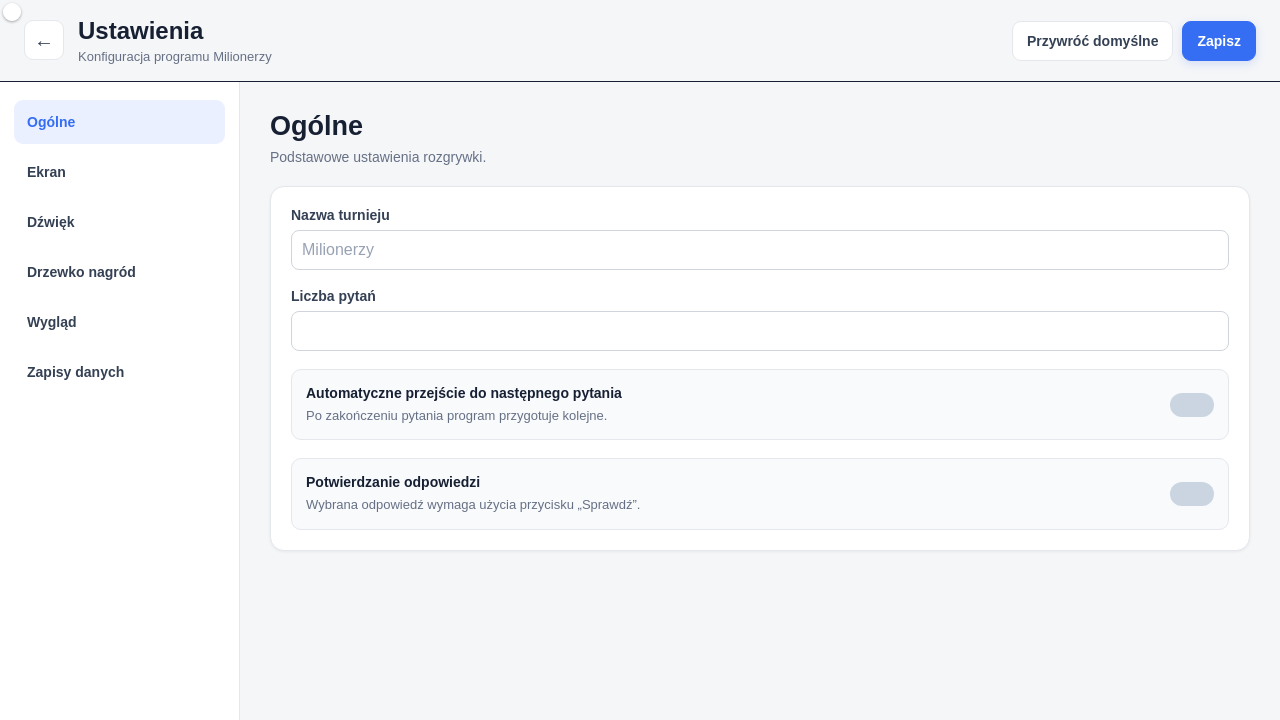
Repository: WaleonGames/HTGMilionerzy
Page: views/settings.html
These files come from the project's save history. The page is drawn as it stood at one moment and after the next save; the edit follows.
The browser window is 1280 px wide. The pictures show the whole page.

Above is the page before, as saved 2026-09-05 19:06:38.
Console error: TypeError: Cannot read properties of undefined (reading 'settings')

After the next save:
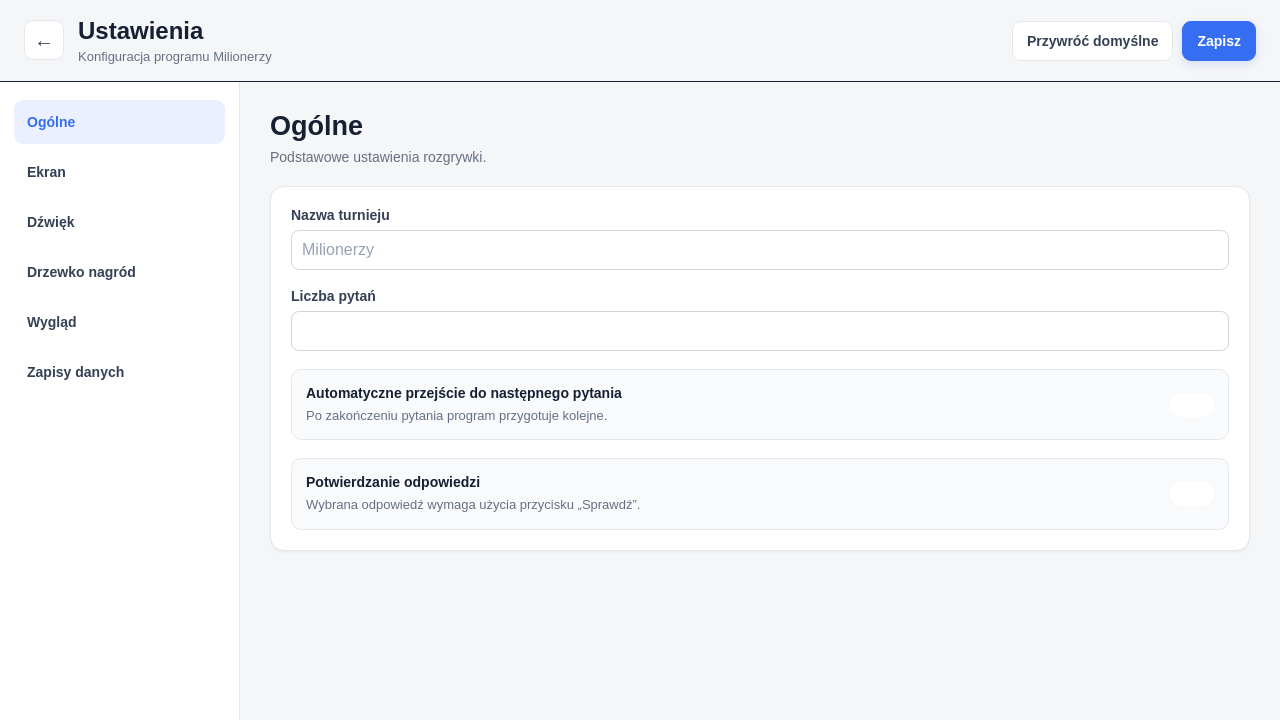
Saved 7 s later.
--- a/public/css/style.css
+++ b/public/css/style.css
@@ -463,65 +463,31 @@ textarea{
 ========================= */
 
 .setting-row input[type="checkbox"]{
-  appearance:none !important;
-  -webkit-appearance:none !important;
-
-  width:44px !important;
-  min-width:44px !important;
-  height:24px !important;
-  min-height:24px !important;
-
-  padding:0 !important;
-  margin:0 !important;
-
-  background:#cbd5e1 !important;
-
-  border:0 !important;
-  border-radius:999px !important;
-
-  box-shadow:none !important;
-
-  cursor:pointer !important;
+  position:relative;
+  appearance:none;
+  width:44px;
+  min-width:44px;
+  height:24px;
+  min-height:24px;
+  padding:0;
+  border:0;
+  border-radius:999px;
+  cursor:pointer;
 }
 
 .setting-row input[type="checkbox"]::after{
-  content:"" !important;
-
-  position:absolute !important;
-  top:3px !important;
-  left:3px !important;
-
-  width:18px !important;
-  height:18px !important;
-
-  background:#fff !important;
-
-  border-radius:50% !important;
-
-  box-shadow:0 1px 3px rgba(0,0,0,.18) !important;
-
-  transition:transform .18s ease !important;
-}
-
-.setting-row input[type="checkbox"]:checked{
-  background:var(--design-primary) !important;
+  content:"";
+  position:absolute;
+  top:3px;
+  left:3px;
+  width:18px;
+  height:18px;
+  border-radius:50%;
+  transition:transform .18s ease;
 }
 
 .setting-row input[type="checkbox"]:checked::after{
-  transform:translateX(20px) !important;
-}
-
-.setting-row input[type="checkbox"]:hover{
-  background:#b8c3d1 !important;
-}
-
-.setting-row input[type="checkbox"]:checked:hover{
-  background:var(--design-primary-hover) !important;
-}
-
-.setting-row input[type="checkbox"]:focus{
-  border:0 !important;
-  box-shadow:0 0 0 3px rgba(53,109,243,.14) !important;
+  transform:translateX(20px);
 }
 
 /* =========================
